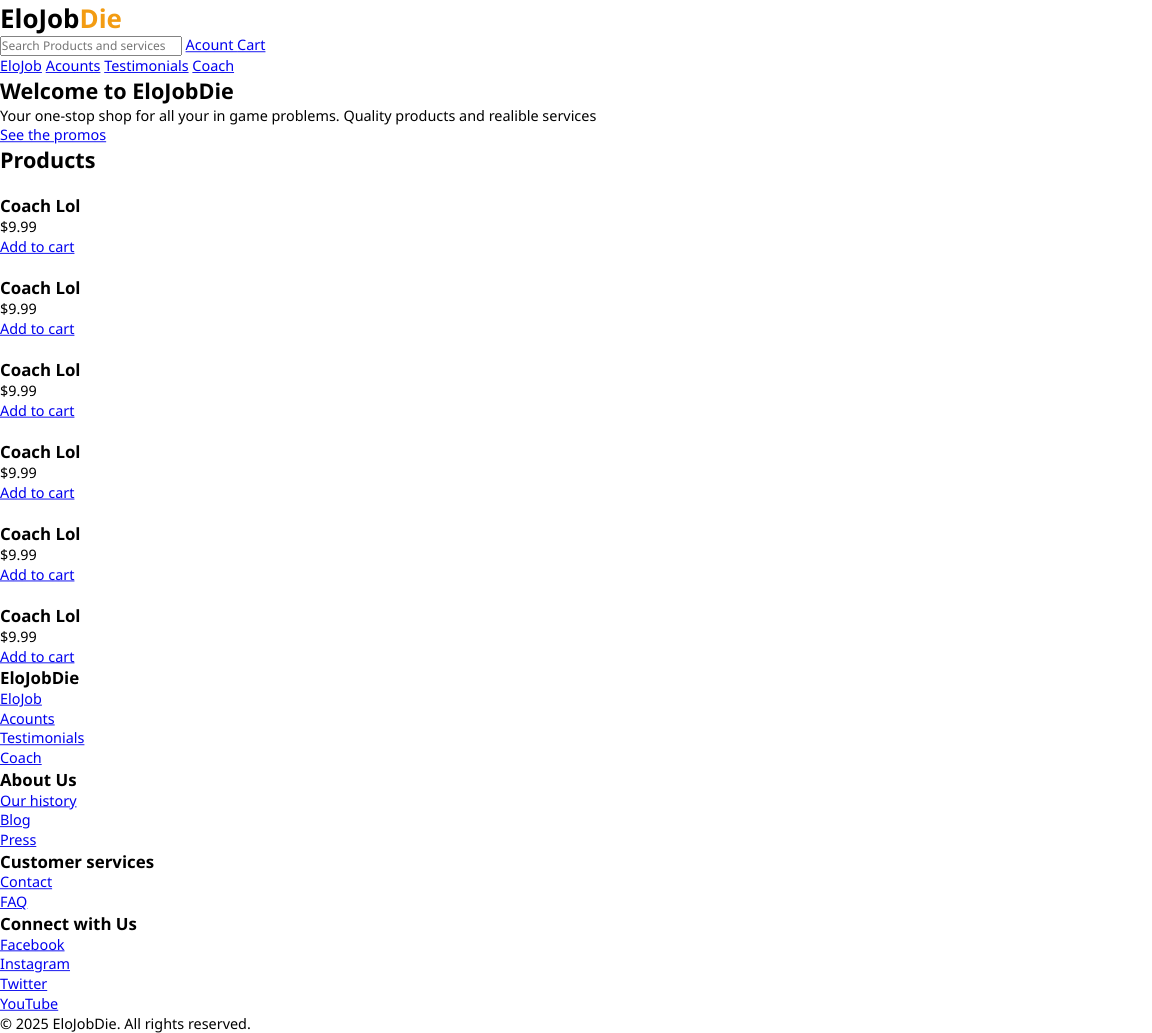
Repository: JustTheHero/web_online_store
Page: homePage.html
An editor plug-in stored every save of this project. The page is shown before and after the next save, followed by the edit.
The browser window is 1280 px wide. The pictures show the whole page, at 90% of full size.

Above is the page before, as saved 2025-04-24 09:42:18.

### homePage.html
<!DOCTYPE html>
<html>
<head>
    <meta charset="UTF-8">
    <meta name="viewport" content="width=device-width, initial-scale=1.0">
    <title>EloJobDie</title>
    <style>
* {
            margin: 0;
            padding: 0;
            box-sizing: border-box;
            font-family: 'Segoe UI', Tahoma, Geneva, Verdana, sans-serif;
        }

        .logo {
            font-size: 1.8rem;
            font-weight: bold;
        }
        .logo span {
            color: #f39c12;
        }
    </style>
</head>
<body>
    <header>
        <div class="container_header">
            <div class="logo">
                EloJob<span>Die</span>
            </div>
            <div class="search_bar">
                <input type = "text" placeholder = "Search Products and services"
            </div>
            <dic class = "icons_navigation">
                <a href="#accont"> Acount
                </a>
                <a href="#cart"> Cart
                </a>
            </dic>
        </div>
    </header>
    <nav>
        <div class = "container_nav">
            <ul class = "nav_itens">
                <li>
                    <a href="#elojob">EloJob</a>
                    <a href="#acounts">Acounts</a>
                    <a href="#testimonials">Testimonials</a>
                    <a href="#coach">Coach</a>
                </li>
            </ul>
        </div>
    </nav>
    <section class = "welcome">
        <div class = "container_welcome">
            <h1>Welcome to EloJobDie</h1>
            <p>Your one-stop shop for all your in game problems. Quality products and realible services</p>
            <a href="#promos">See the promos</a>
        </div>
    </section>

    <section class="products">
        <div class = "container_products">
            <h2>Products</h2>
            <div class = "grid_products">
               <div class = "card_products">
                <div class = "image_products">
                    <img src="" alt="">
                </div>
                <div class = "info_products">
                    <h3 class = "title_product">Coach Lol</h3>
                    <p class = "price_product">$9.99</p>
                    <a href="#add_to_cartc"class = "btn">Add to cart</a>
                </div>
               </div>
            </div>
               <div class = "card_products">
                <div class = "image_products">
                    <img src="" alt="">
                </div>
                <div class = "info_products">
                    <h3 class = "title_product">Coach Lol</h3>
                    <p class = "price_product">$9.99</p>
                    <a href="#add_to_cartc"class = "btn">Add to cart</a>
                </div>
               </div>
            </div>
               <div class = "card_products">
                <div class = "image_products">
                    <img src="" alt="">
                </div>
                <div class = "info_products">
                    <h3 class = "title_product">Coach Lol</h3>
                    <p class = "price_product">$9.99</p>
                    <a href="#add_to_cartc"class = "btn">Add to cart</a>
                </div>
               </div>
            </div>
               <div class = "card_products">
                <div class = "image_products">
                    <img src="" alt="">
                </div>
                <div class = "info_products">
                    <h3 class = "title_product">Coach Lol</h3>
                    <p class = "price_product">$9.99</p>
                    <a href="#add_to_cartc"class = "btn">Add to cart</a>
                </div>
               </div>
            </div>
               <div class = "card_products">
                <div class = "image_products">
                    <img src="" alt="">
                </div>
                <div class = "info_products">
                    <h3 class = "title_product">Coach Lol</h3>
                    <p class = "price_product">$9.99</p>
                    <a href="#add_to_cartc"class = "btn">Add to cart</a>
                </div>
               </div>
            </div>
               <div class = "card_products">
                <div class = "image_products">
                    <img src="" alt="">
                </div>
                <div class = "info_products">
                    <h3 class = "title_product">Coach Lol</h3>
                    <p class = "price_product">$9.99</p>
                    <a href="#add_to_cartc"class = "btn">Add to cart</a>
                </div>
               </div>
            </div>
        </div>
    </section>
    <footer>
        <div class = "container_footer">
            <div class = "content_footer">
                <div class = "col_footer">
                    <h3>EloJobDie</h3>
                    <ul>
                        <li><a href="#elojob">EloJob</a></li>
                        <li><a href="#acounts">Acounts</a></li>
                        <li><a href="#testimonials">Testimonials</a></li>
                        <li><a href="#coach">Coach</a></li>
                    </ul>

                </div>
                <div class = "col_footer">
                    <h3>About Us</h3>
                    <ul>
                        <li><a href="#history">Our history</a></li>
                        <li><a href="#blog">Blog</a></li>
                        <li><a href="#press">Press</a></li>
                    </ul>
                </div>
                <div class = "col_footer">
                    <h3>Customer services</h3>
                    <ul>
                        <li><a href="#contact">Contact</a></li>
                        <li><a href="#faq">FAQ</a></li>
                    </ul>
                </div>
                <div class = "col_footer">
                    <h3>Connect with Us</h3>
                    <ul>
                        <li><a href="#facebook">Facebook</a></li>
                        <li><a href="#instagram">Instagram</a></li>
                        <li><a href="#twitter">Twitter</a></li>
                        <li><a href="#youtube">YouTube</a></li>
                    </ul>
                </div>
            </div>
            <div class = "bottom_footer">
                <p>&copy; 2025 EloJobDie. All rights reserved.</p>
            </div>
        </div>
    </footer>


</body>
</html>

After the next save:
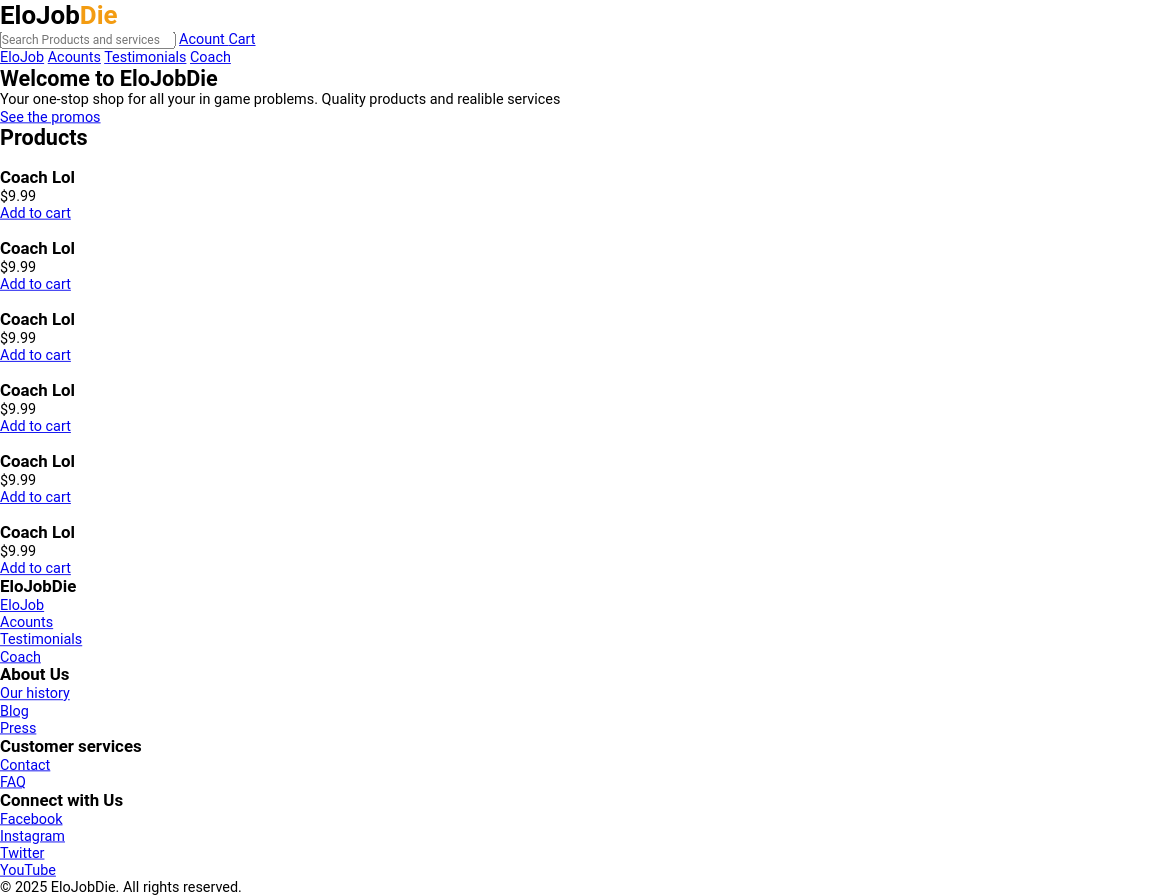
Saved 70 s later.
--- a/homePage.html
+++ b/homePage.html
@@ -9,7 +9,7 @@
             margin: 0;
             padding: 0;
             box-sizing: border-box;
-            font-family: 'Segoe UI', Tahoma, Geneva, Verdana, sans-serif;
+            font-family: 'Poppins', 'Roboto', 'Open Sans', sans-serif;
         }
 
         .logo {
